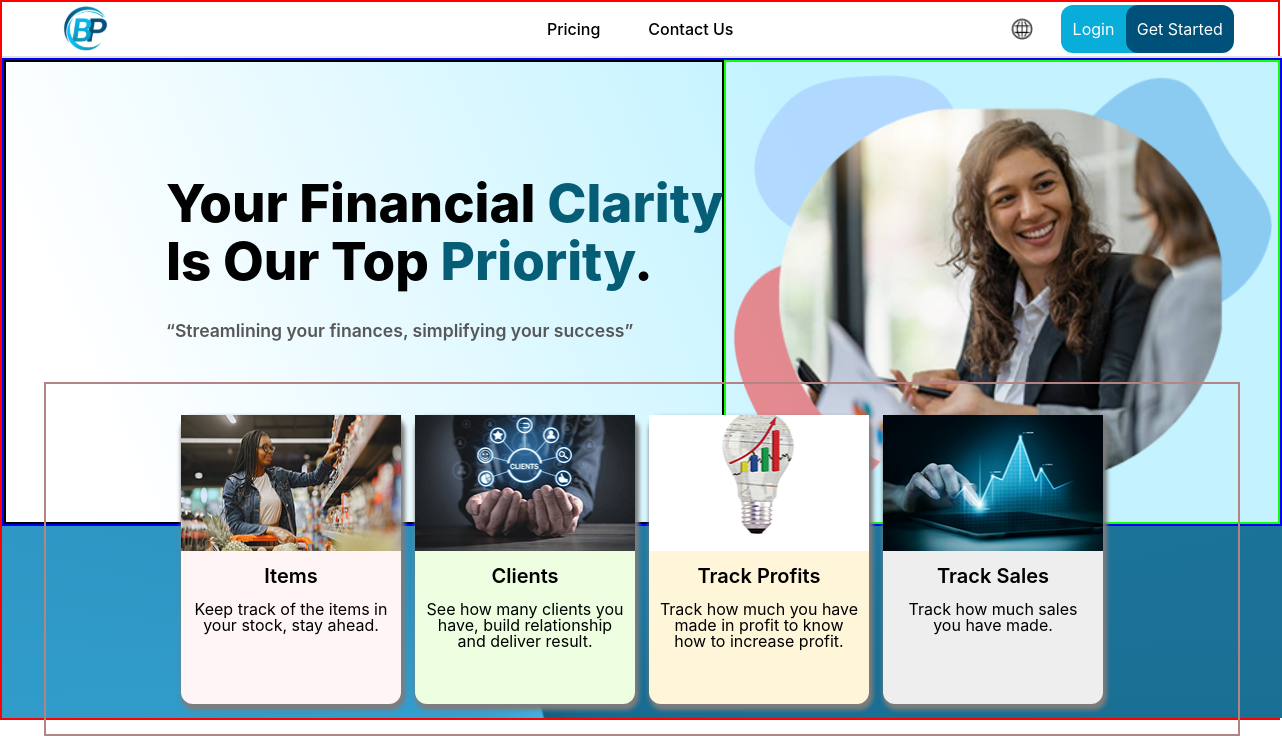
Repository: dark-txch/Bizpadi
Page: /
The author's editor kept a copy of each file at every save. The page is drawn from the files as they stood at one save, then again after a run of saves.
The browser window is 1280 px wide. The page is 1282 px wide, so the pictures cover 1282 px, including what lies to the right of the window. The pictures show the whole page.
The project was rebuilt for these pictures with package versions that can differ from the ones it lists, and the page was loaded fresh each time. Also part of the build but not shown: vite.config.js, src/components/ErrorBoundary.jsx, src/components/LandingPage/PricingPage/Pricing.jsx, src/components/LandingPage/LogInPage/LogIn.jsx.

Above is the page before, as saved 2025-04-07 10:16:29.

### index.html
<!DOCTYPE html>
<html lang="en">
	<head>
		<meta charset="UTF-8" />
		<link rel="icon" type="image/svg+xml" href="/public/logo.svg" />
		<meta name="viewport" content="width=device-width, initial-scale=1.0" />
		<title>Bizpadi</title>
	</head>
	<body>
		<div id="root"></div>
		<script type="module" src="/src/main.jsx"></script>
	</body>
</html>

### src/index.css
:root {
	font-family: system-ui, Avenir, Helvetica, Arial, sans-serif;
	line-height: 1.5;
	font-weight: 400;

	color-scheme: light dark;
	color: black;
	background-color: white;

	font-synthesis: none;
	text-rendering: optimizeLegibility;
	-webkit-font-smoothing: antialiased;
	-moz-osx-font-smoothing: grayscale;
}

* {
	box-sizing: border-box;
	padding: 0;
	margin: 0;
	outline: none;
	border: none;
}

body {
	height: 100vh;
	width: 100vw;

	font-family: "inter", sans-serif;
}

a {
	text-decoration: none;
}

### src/App.jsx
import "./App.css";
import { BrowserRouter as Router, Routes, Route } from "react-router-dom";
import ErrorBoundary from "./components/ErrorBoundary";
// Upper imports are very important
import Nav from "./components/LandingPage/Nav";
import PricingPage from "./components/LandingPage/PricingPage/Pricing";
import LogInPage from "./components/LandingPage/LogInPage/LogIn";
import MidSection from "./components/LandingPage/MidSection";
import Footer from "./components/LandingPage/Footer";

function LandingPage() {
	return (
		<>
			<div className="landingPageContainer">
				<Nav />
				<MidSection />
				<Footer />
			</div>
		</>
	);
}

function App() {
	return (
		<Router>
			<Routes>
				<Route path="/" element={<LandingPage />} />
				<Route path="/pricing" element={<PricingPage />} />
				<Route path="/login" element={<LogInPage />} />
			</Routes>
		</Router>
	);
}

export default App;

### src/App.css
/*  LANDING PAGE/Main container */

@font-face {
	font-family: "MyCustomFont";
	src: url("/fonts/Inter/Inter-Italic-VariableFont_opsz,wght.ttf")
			format("truetype"),
		url("/fonts/Inter/Inter-VariableFont_opsz,wght.ttf") format("truetype");
	font-weight: normal;
	font-style: normal;
}
/* ------------------------------------------------------------------------------- */
/* THIS IS THE LANDING PAGE CONTAINER */
.landingPageContainer {
	width: 100vw;
	height: 100vh;
	font-family: "Inter", sans-serif;
	display: grid;
	/* grid-template-rows: 3.5rem 2fr 1fr; */
	grid-template-rows: 3.5rem 1fr 12rem;

	border: 2px solid red;
}

/* ------------------------------------------------------------------------------------ */
/*  THIS IS THE NAV CONTAINER */
.homepage-nav {
	width: 100%;
	display: flex;
	padding: 0 3rem 0;
	font-size: 1rem;
	align-items: center;
	justify-content: space-between;
	border-bottom: 2px solid #e1dfdf;
}
/*  THIS IS THE NAV CONTAINER CHILDREN */
.homepage-nav .logo {
	/* THIS IS THE LOGO CONTAINER */
	display: flex;
	flex: 1;
	align-self: center;
	height: inherit;
}
.homepage-nav .logo img {
	/* THIS IS THE LOGO IMG */
	height: 100%;
	width: auto;
}

.homepage-nav .pricingContact {
	/* THIS IS THE PRICING AND CONTACT US CONTAINER */
	display: flex;
	flex: 3;
	justify-content: center;
	gap: 3rem;
	font-weight: 500;
	line-height: 100%;
	letter-spacing: 0%;
}
.homepage-nav .pricingContact a {
	color: black;
	cursor: pointer;
}

.homepage-nav .loginGetStarted {
	/*THIS IS THE LOGIN AND GET STARTED CONTAINER*/
	height: 3rem;
	display: flex;
	flex: 1;
	justify-content: end;
	align-items: center;
	gap: 0.7rem;
	color: white;
	border-radius: 12px;
}
.homepage-nav .loginGetStarted img {
	/* THIS IS THE LOGIN AND GET STARTED IMAGE */
	height: 1.5rem;
	transform: translate(1rem, 0);
}
.homepage-nav .loginGetStarted a:nth-of-type(1) {
	/* THIS IS THE LOGIN BUTTON */
	background-color: #09adda;
	color: inherit;
	height: inherit;
	border-radius: inherit;
	display: flex;
	align-items: center;
	padding: 0 2rem 0 0.7rem;
	transform: translate(2rem, 0);
}

.homepage-nav .loginGetStarted a:nth-of-type(2) {
	/* THIS IS THE GET STARTED BUTTON*/
	background-color: #00517a;
	display: flex;
	align-items: center;
	white-space: nowrap;
	color: inherit;
	height: inherit;
	border-radius: inherit;
	padding: 0 0.7rem;
	position: relative;
	z-index: 2;
}

/* MIDSECTION -------------------------------------------------------------------------------*/
/* THIS IS THE MIDSECTION THAT HOUSES THE HEADER AND PARAGRAPH */
.midSection {
	display: flex;
	justify-content: center;
	/* align-items: center; */
	width: 100%;
	background: linear-gradient(246.72deg, #c4f3ff 34.96%, #ffffff 90.24%);

	border: 2px solid rgb(0, 0, 255);
}
.landingPageMotto {
	/* THIS IS THE CONTAINER FOR THE HEADER AND PARAGRAPH */
	padding: 3rem;
	/* max-width: 40rem; */
	max-width: 45rem;
	width: 100%;
	flex: 0 0 auto;
	white-space: nowrap;
	/* transform: translate(8rem, 0); */

	border: 2px solid black;
}
.landingPageMotto > h1 {
	font-weight: 800;
	font-size: 3.3rem;
	line-height: 110%;
	text-transform: capitalize;
	margin: 4rem 7rem 2rem;
}
.landingPageMotto > h1 span {
	color: #065d76;
}
.landingPageMotto > p {
	font-weight: 600;
	font-size: 1.1rem;
	line-height: 100%;
	letter-spacing: 0%;
	margin-left: 7rem;
	color: #575757;
}

.landingPageImages {
	/* THIS IS THE LANDING PAGE IMAGES CONTAINER*/
	flex: 1; /* grow to take remaining space */
	height: 100%;
	display: flex;
	justify-content: center;
	/* align-items: center; */
	/* padding: 3rem; */
	overflow: hidden;
	position: relative; /* so children can be absolutely positioned */

	border: 2px solid rgb(17, 255, 0);
}

.landingPageImages > img {
	/* border: 2px solid green; */
	position: absolute;
	margin-top: 2.8rem;
}

.landingPageImages > img:nth-of-type(1) {
	/* MAIN SMILEY IMAGE */
	border-radius: 150px;
	width: 28rem;
	z-index: 100;
	/* border: 2px solid green; */
}

.landingPageImages > img:nth-of-type(2) {
	/* THIS IS THE BLACK VECTOR */
	width: 175.07px;
	height: 184.4px;
	transform: translate(5rem, 6.5rem);

	/* border: 2px solid green; */
}

.landingPageImages > img:nth-of-type(3) {
	/* EGG ROUND LIGHT BLUE VECTOR */
	width: 13rem;
	height: 11rem;
	opacity: 0.63;
	transform: translate(-9rem, -2rem);

	/* border: 2px solid green; */
}

.landingPageImages > img:nth-of-type(4) {
	/* DARK ORANGE VECTOR*/
	/* height: 153px; */
	height: 14rem;
	width: 152px;
	transform: translate(-11.5rem, 9.5rem) rotate(-15deg);

	/* border: 2px solid green; */
}

.landingPageImages > img:nth-of-type(5) {
	/* BLUE VECTOR TOP RIGHT*/
	width: 14rem;
	height: 15rem;
	transform: translate(10rem, -1.8rem) rotate(6deg);

	/* border: 2px solid green; */
}

/* FOOTER---------------------------------------------------------------------------------------------- */
/* This is the footer section/container that houses the feature container */
.footer {
	width: 100vw;
	display: flex;
	justify-content: center;
	/* flex: 1; */
	background: conic-gradient(
		from 164.13deg at 41.58% 79.97%,
		#115e80 0deg,
		#3db3e6 3.6deg,
		#115e80 360deg
	);
}

.footer > section {
	width: 1196px;
	height: 354px;
	display: flex;
	justify-content: center;
	align-items: center;
	gap: 14px;
	position: absolute;
	/* top: 400px; */
	transform: translate(0, -9rem);
	z-index: 999;

	border: 2px solid rgb(180, 132, 132);
}

/* This is the container that houses all the features in the footer */
.featuresContainer {
	width: 220px;
	height: 289px;
	border-radius: 12px;
	text-align: center;
	letter-spacing: 0%;
	box-shadow: 2px 4px 4px 2px #7d7d7d;
}

.featuresContainer h1 {
	font-weight: 600;
	font-size: 20px;
	line-height: 100%;
	margin-bottom: 15px;
}

.featuresContainer p {
	font-weight: 400;
	font-size: 16px;
	line-height: 100%;
	padding: 0 10px 0;
}

/* This is the general image container for the featuresContainer */
.imageContainer {
	height: 136px;
	width: 100%;
	margin-bottom: 15px;
}

/* General styling for the images in the imageContainer */
.imageContainer img {
	width: 100%;
	height: 100%;
}

/* Added colors to the backgrounds of the footer featuresContainer individually */
.items {
	background-color: #fff5f6;
}
.clients {
	background-color: #eeffe1;
}
.trackProfits {
	background-color: #fff6da;
}
.trackSales {
	background-color: #eeeeee;
}

### src/components/LandingPage/Nav.jsx
import { Link } from "react-router-dom";

export default function Nav() {
	return (
		<>
			{/* THIS IS THE NAV CONTAINER */}
			<nav className="homepage-nav">
				{/* THIS IS THE LOGO CONTAINER */}
				<div className="logo">
					<img src="/assets/icons/logo.svg" alt="Bizpadi icon" />
				</div>

				{/* THIS IS THE PRICING AND CONTACT US CONTAINER */}
				<div className="pricingContact">
					<Link to="/pricing">Pricing</Link>
					<a href="#">Contact Us</a>
				</div>

				{/* THIS IS THE LOGIN AND GET STARTED CONTAINER*/}
				<div className="loginGetStarted">
					<img src="/assets/icons/world.png" alt="world" />
					<Link to="/login">Login</Link>
					<a href="#">Get Started</a>
				</div>
			</nav>
		</>
	);
}

### src/components/LandingPage/MidSection.jsx
export default function MidSection() {
	return (
		<section className="midSection">
			<div className="landingPageMotto">
				<h1>
					Your financial{" "}
					<span>
						clarity <br />
					</span>
					is our top <span>priority</span>.
				</h1>
				<p>“Streamlining your finances, simplifying your success”</p>
			</div>

			{/* This is the images section in the mid section */}
			<div className="landingPageImages">
				<img src="/assets/images/smiley.png" alt="smiley" />
				<img src="/assets/images/Vector-black.png" alt="vector-black" />
				<img src="/assets/images/Vector-blue.png" alt="vector-blue" />
				<img src="/assets/images/Vector-orange.png" alt="vector-orange" />
				<img src="/assets/images/Vector.png" alt="vector" />
			</div>
		</section>
	);
}

### src/components/LandingPage/Footer.jsx
export default function Footer() {
	return (
		<div className="footer">
			{/* The section container is the parent to the features */}
			<section>
				<div className="featuresContainer items">
					{/* The feautureOntainer class is given to all the divs housing the features */}
					<div className="imageContainer">
						<img src="/public/assets/images/client-1.png" alt="client-1" />
					</div>
					<h1>Items</h1>
					<p>Keep track of the items in your stock, stay ahead.</p>
				</div>

				<div className="featuresContainer clients">
					<div className="imageContainer">
						<img src="/public/assets/images/client-2.png" alt="client-2" />
					</div>
					<h1>Clients</h1>
					<p>
						See how many clients you have, build relationship and deliver
						result.
					</p>
				</div>

				<div className="featuresContainer trackProfits">
					<div className="imageContainer">
						<img
							src="/public/assets/images/track-profit.png"
							alt="track-profit"
						/>
					</div>
					<h1>Track Profits</h1>
					<p>
						Track how much you have made in profit to know how to increase
						profit.
					</p>
				</div>

				<div className="featuresContainer trackSales">
					<div className="imageContainer">
						<img
							src="../../../public/assets/images/track-sales.png"
							alt="track-sales"
						/>
					</div>
					<h1>Track Sales</h1>
					<p>Track how much sales you have made.</p>
				</div>
			</section>
		</div>
	);
}

Loaded but not shown: src/main.jsx (common file)

After the next 2 saves:
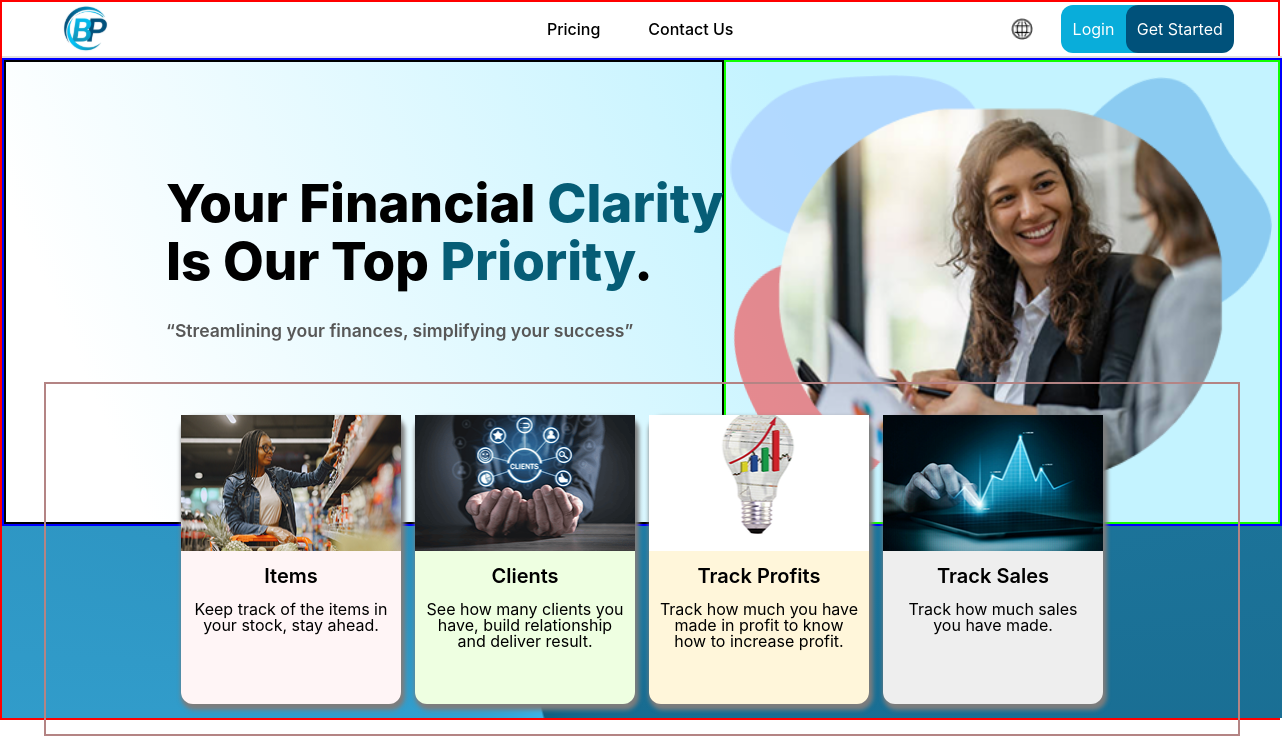
The 2 saves are shown as one change because they came seconds apart.
The last was saved 8 s later.
--- a/src/App.css
+++ b/src/App.css
@@ -184,7 +184,7 @@
 
 .landingPageImages > img:nth-of-type(3) {
 	/* EGG ROUND LIGHT BLUE VECTOR */
-	width: 13rem;
+	width: 16rem;
 	height: 11rem;
 	opacity: 0.63;
 	transform: translate(-9rem, -2rem);
